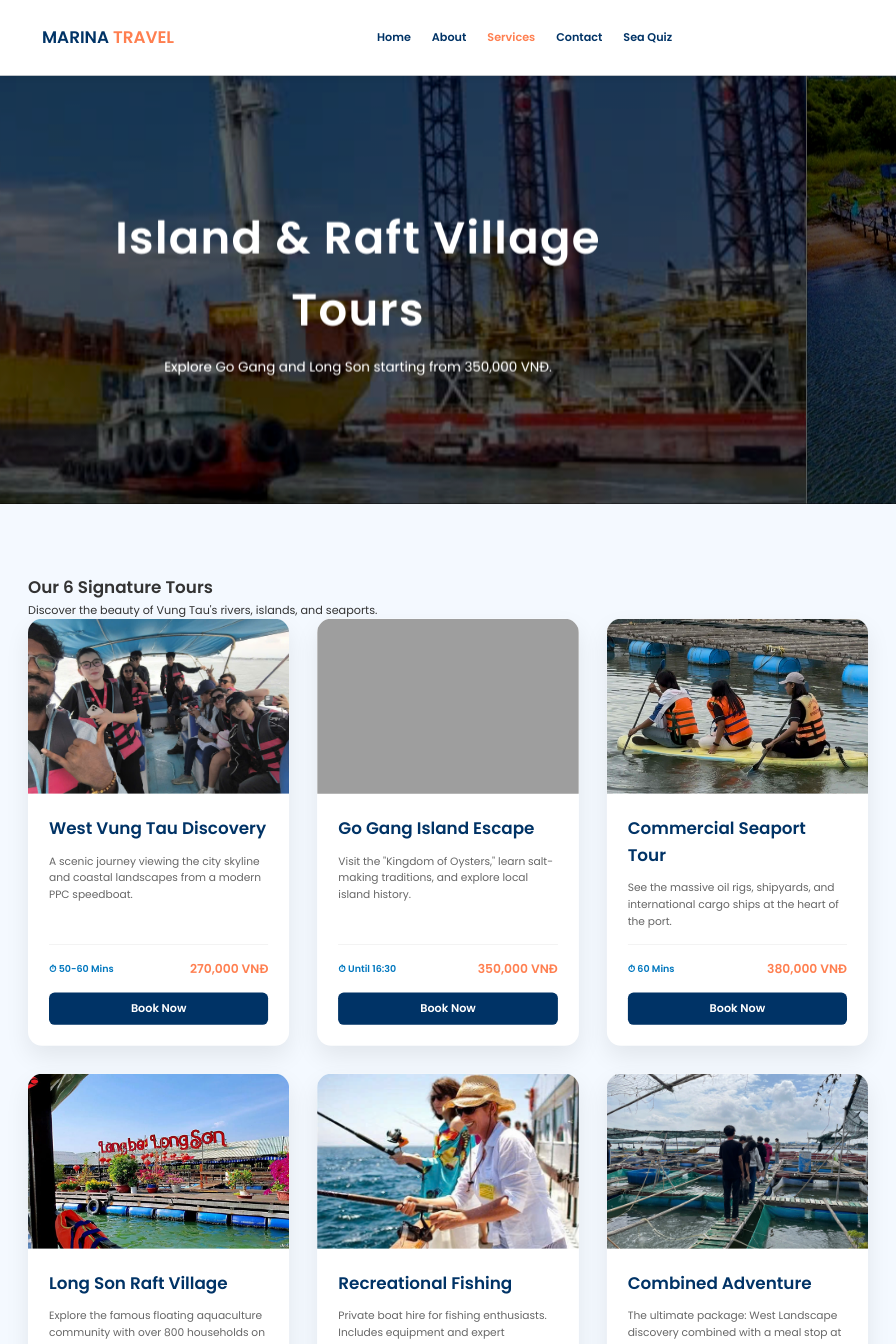
Repository: phatlam0058-commits/WebDD
Page: html/services.html
These files come from the project's save history. The page is drawn as it stood at one moment and after the next save; the edit follows.
The browser window is 1280 px wide. The pictures show the part of the page from y = 0 to 1920 px (the page is 3490 px tall before and 3226 px after), at 70% of full size.
Pictures or frames that could not be fetched are drawn as grey boxes.

Above is the page before, as saved 2026-01-26 19:16:28.

After the next save:
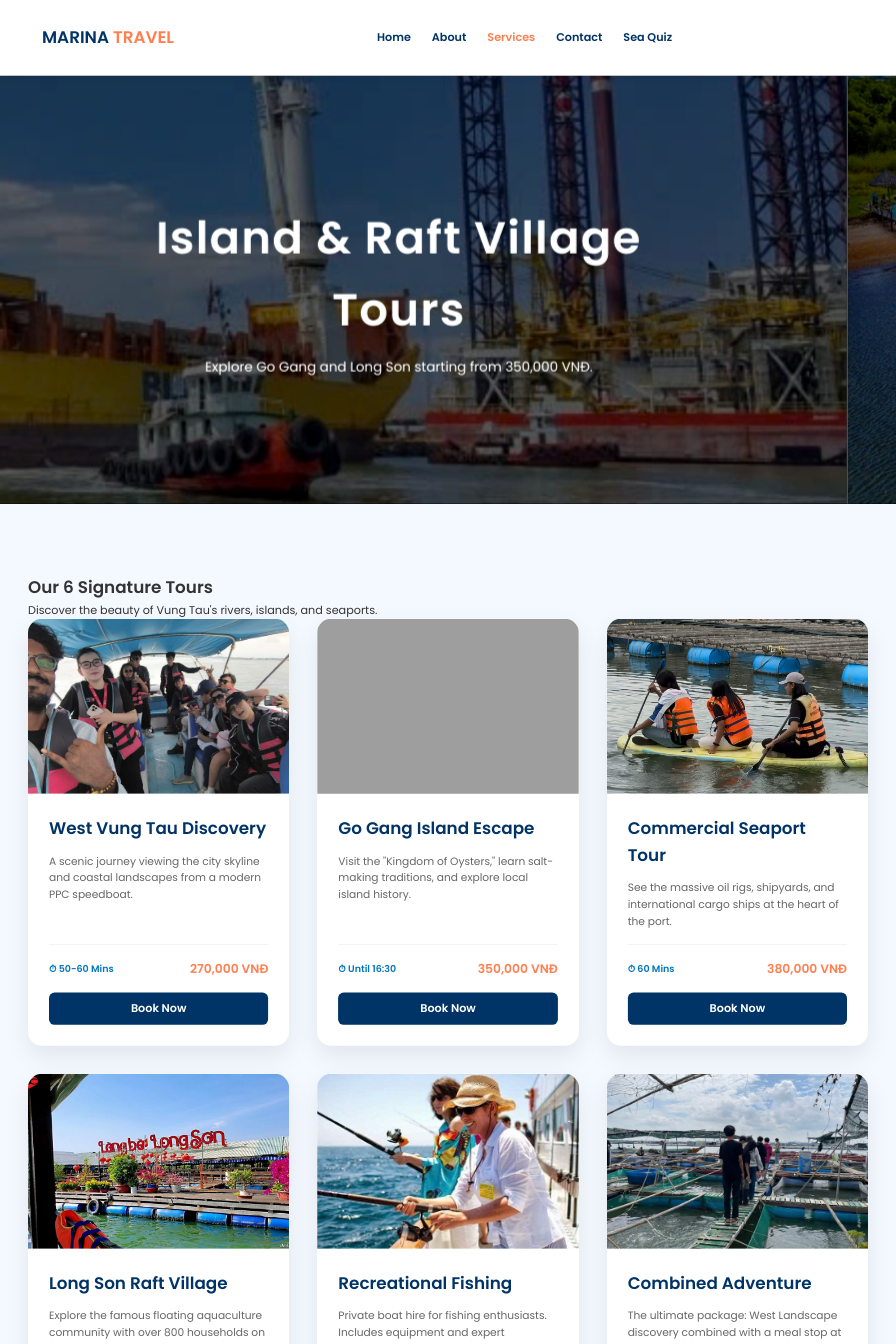
Saved 40 h 39 min later.
--- a/html/services.html
+++ b/html/services.html
@@ -152,12 +152,6 @@
                     <h2>Included With Every Tour</h2>
                     <p>Enjoy these complimentary experiences at our partner locations.</p>
                 </div>
-<section class="extra-activities">
-    <div class="container">
-        <div class="section-header">
-            <h2>Included With Every Tour</h2>
-            <p>Enjoy these complimentary experiences at our partner locations.</p>
-        </div>
 
         <div class="extra-grid">
             <div class="extra-card">
